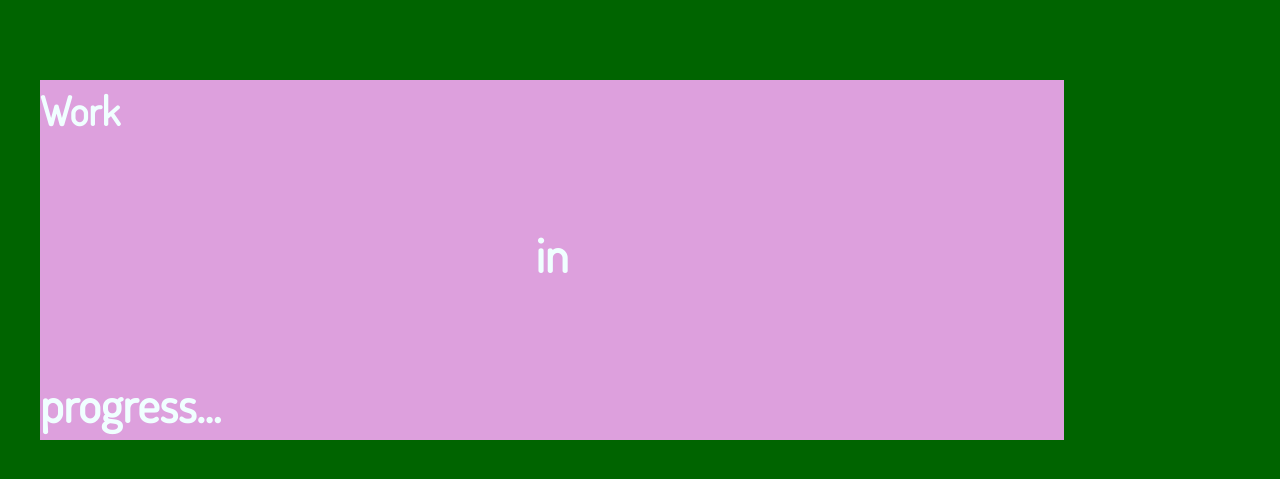
Repository: NollieChtn6/NollieChtn6.github.io
Page: index.html
An editor plug-in stored every save of this project. The page is shown before and after the next save, followed by the edit.
The browser window is 1280 px wide. The pictures show the whole page.

Above is the page before, as saved 2023-11-10 18:12:39.

### index.html

<!DOCTYPE html>

<html lang="fr">

<head>
  <meta charset="utf-8">
  <meta name="viewport" content="width=device-width">
  <link href="css/reset.css" rel="stylesheet">
  <link href="css/style.css" rel="stylesheet">
  <link
    href="https://fonts.googleapis.com/css2?family=Dosis&display=swap"
    rel="stylesheet">
  <title>Portfolio</title>
</head>

<body>

  <main class="main__container">

    <div class="main__content">

      <h1 class="main__title">
        <span class="main__title main__title--level-1">
          Work
        </span>
        <span class="main__title main__title--level-2">
          in
        </span>
        <span class="main__title main__title--level-3">
          progress...
        </span>
      </h1>

    </div>

  </main>

</body>

</html>

### css/style.css
/* VARIABLES */

/* :root {

} */


/* GÉNÉRAL */

* {
  box-sizing: border-box;
}

html {
  font-size: 62.5%;
}

body {
  display: flex;
  flex-direction: column;
  height: 100vh;
  min-height: 100vh;
}

h1 {
  font-family: 'Dosis', sans-serif;
}


/* MAIN  */

.main__container {
  display: flex;
  flex-direction: column;
  background-color: antiquewhite;
  height: 100vh;
  width: 100vw;
}

.main__content {
  display: flex;
  flex-direction: column;
  background-color:darkgreen;
  height: 100vh;
  width: 100vw;
  /* padding: 5rem 0rem 0rem 8rem; */
  /* justify-content: center; */
  /* align-items: center; */
  padding-top: 8rem;
  padding-left: 4rem;;

}

h1 {
  display: flex;
  flex-direction: column;
  width: 80vw;
  height: 50vh;
  font-size: 4rem;
  background-color: plum;
  color: azure;
  justify-content: space-between;
}

.main__title--level-1 {
  align-self: start;

}

.main__title--level-2 {
  align-self: center;
  font-size: 1.2em;
}

.main__title--level-3 {
  align-self: right;
  font-size: 1.2em;
}

Loaded but not shown: css/reset.css (common file)

After the next save:
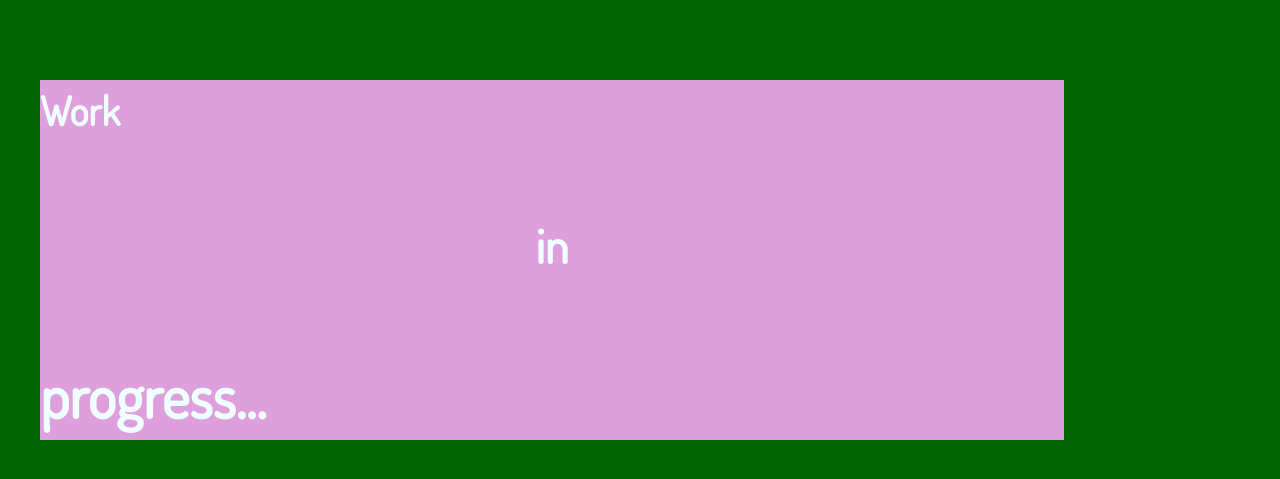
Saved 7 s later.
--- a/css/style.css
+++ b/css/style.css
@@ -74,5 +74,5 @@ h1 {
 
 .main__title--level-3 {
   align-self: right;
-  font-size: 1.2em;
+  font-size: 1.5em;
 }
